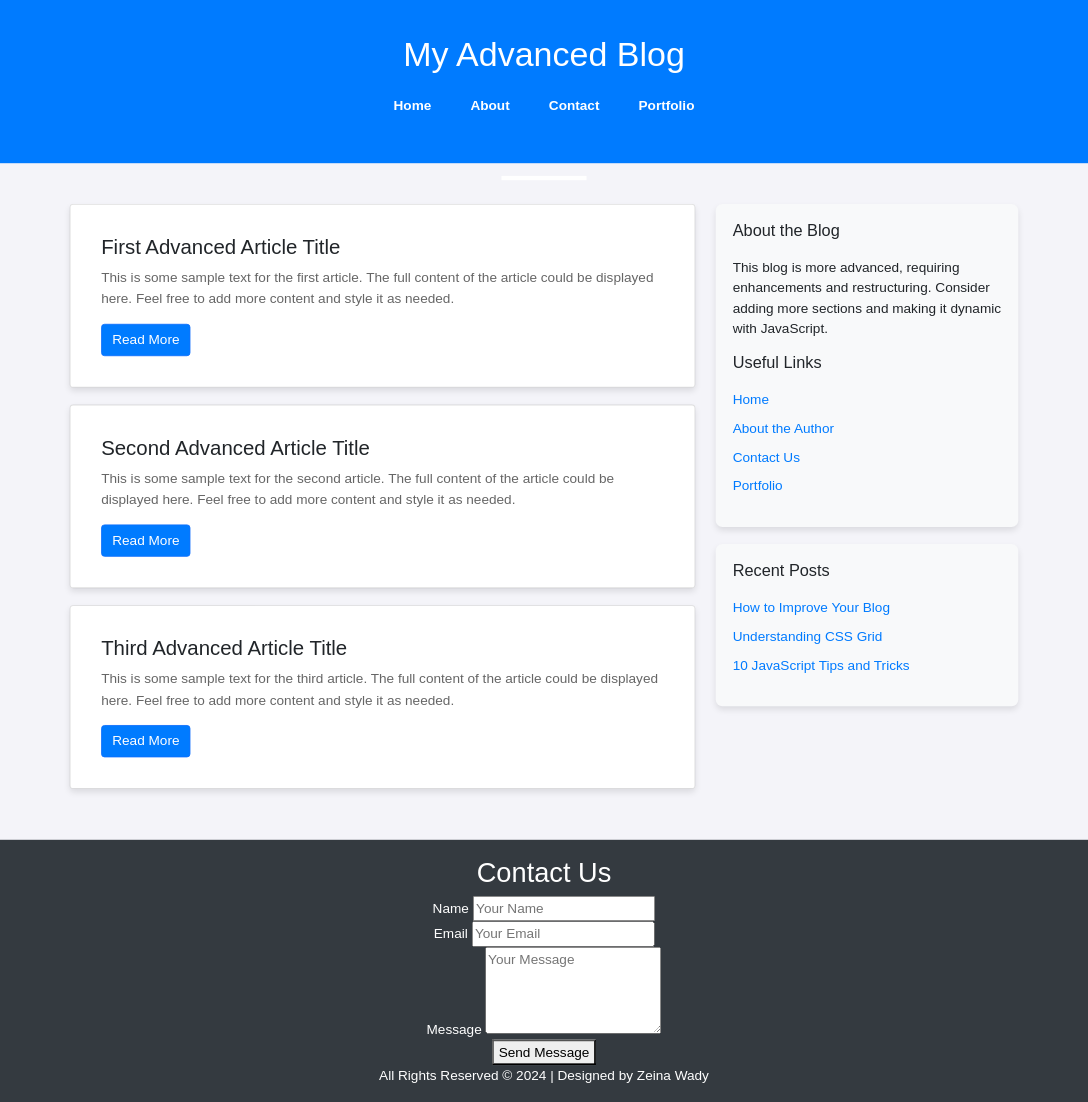
Repository: zeinawady/Blog-Code-Refactoring
Page: index.html
The author's editor kept a copy of each file at every save. The page is drawn from the files as they stood at one save, then again after the next save.
The browser window is 1280 px wide. The pictures show the whole page, at 85% of full size.
Some web libraries are served in a nearby version.

Above is the page before, as saved 2024-09-23 16:01:43.

After the next save:
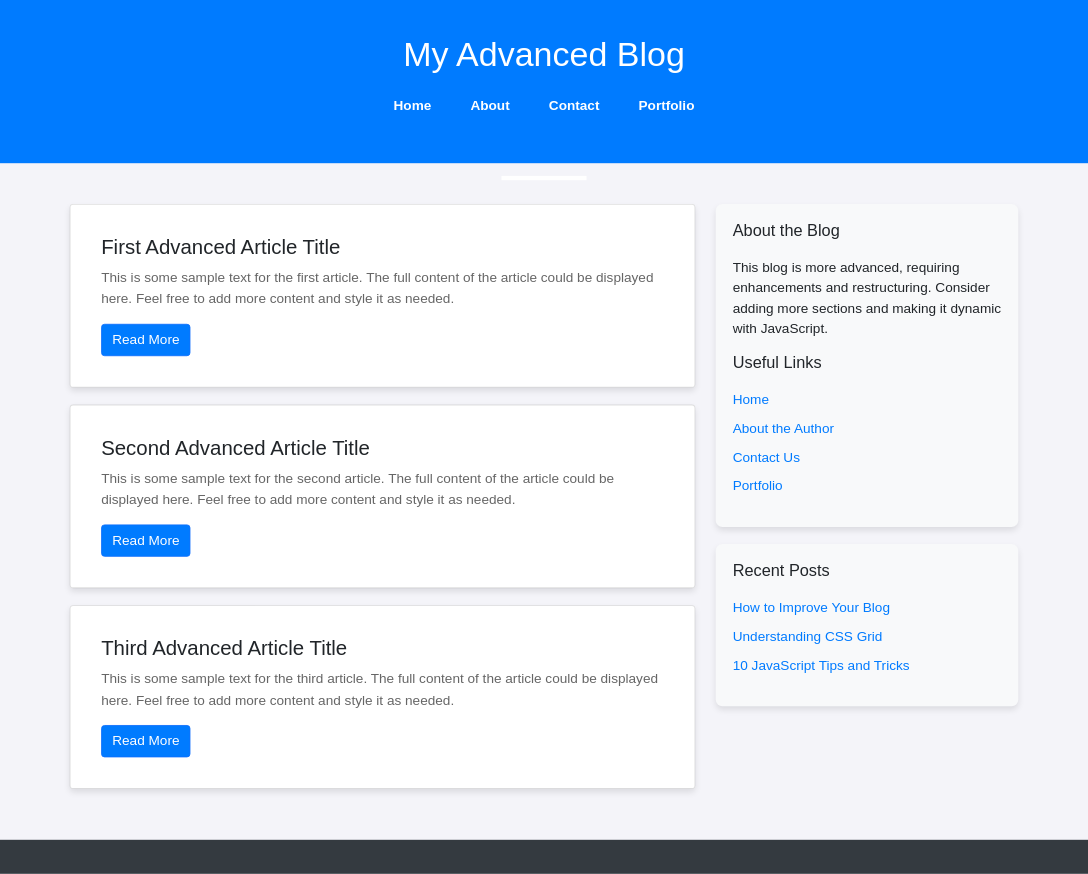
Saved 2 min 9 s later.
--- a/index.html
+++ b/index.html
@@ -105,25 +105,6 @@
     </div>
 
     <footer>
-      <div class="footer-content text-white text-center">
-        <h2 class="text-center ">Contact Us</h2>
-        <form action="#" method="POST" class="contact-form">
-          <div class="form-group">
-            <label for="name">Name</label>
-            <input type="text" id="name" name="name" placeholder="Your Name" required />
-          </div>
-          <div class="form-group">
-            <label for="email">Email</label>
-            <input type="email" id="email" name="email" placeholder="Your Email" required />
-          </div>
-          <div class="form-group">
-            <label for="message">Message</label>
-            <textarea id="message" name="message" rows="4" placeholder="Your Message" required></textarea>
-          </div>
-          <button type="submit" class="submit-btn">Send Message</button>
-        </form>
-      </div>
-      <p class="text-white text-center m-0">All Rights Reserved © 2024 | Designed by Zeina Wady</p>
 
     </footer>
 
